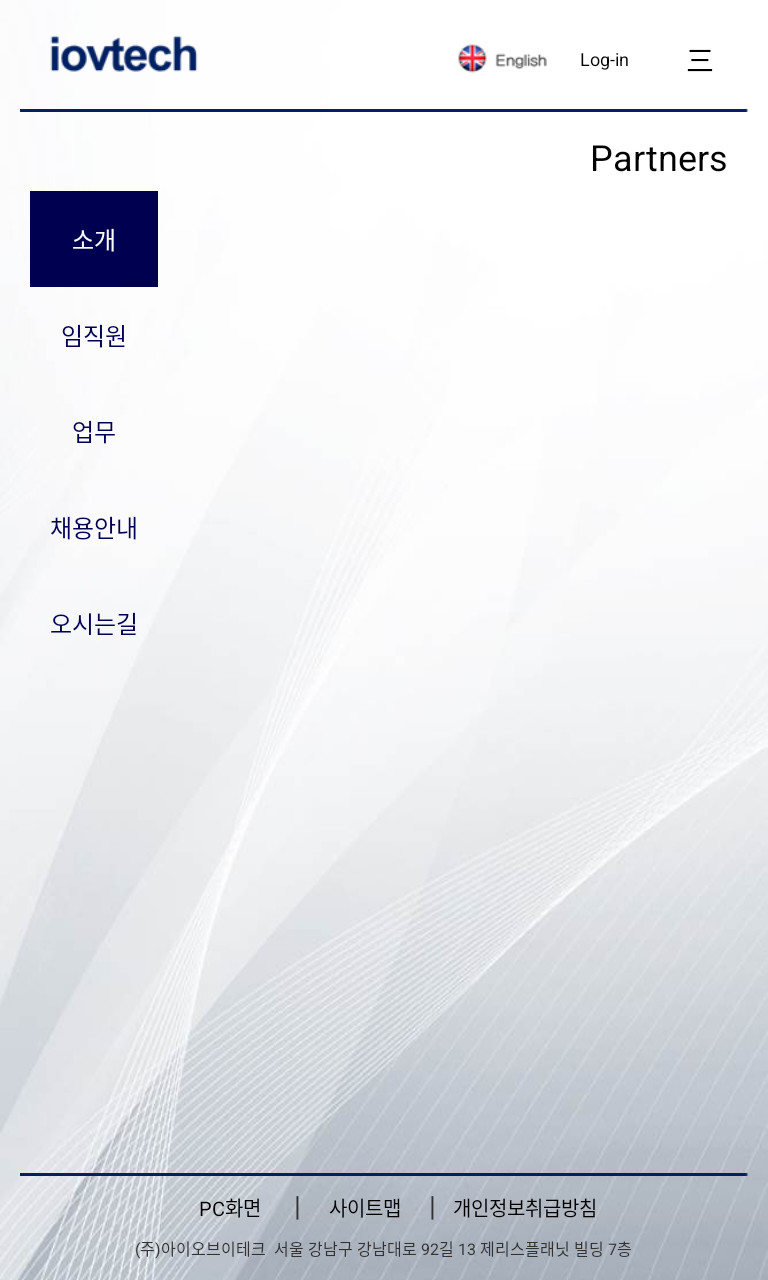
Repository: hyekkyung/CDH_Tutorials
Layout: Mobile_IOV/res/layout/m_partners.xml
These files come from the project's save history. The layout is drawn as it stood at one moment and after the next save; the edit follows.
It is drawn on a 768 x 1280 px phone screen (xhdpi) without system bars, with theme AppTheme; the app's code is not run.

Above is the layout before, as saved 2015-02-02 09:06:05.

### Mobile_IOV/res/layout/m_partners.xml
<?xml version="1.0" encoding="utf-8"?>
<RelativeLayout xmlns:android="http://schemas.android.com/apk/res/android"
    android:layout_width="match_parent"
    android:layout_height="match_parent"
    android:background="@drawable/bg_main"
    android:paddingBottom="10sp"
    android:paddingLeft="10sp"
    android:paddingRight="10sp"
    android:paddingTop="5sp" >

    <LinearLayout
        android:id="@+id/linearLayout1"
        android:layout_width="wrap_content"
        android:layout_height="wrap_content"
        android:layout_alignParentLeft="true"
        android:layout_alignParentRight="true"
        android:layout_alignParentTop="true" >

        <ImageButton
       		android:id="@+id/home_btn"
            style="?android:attr/buttonStyleSmall"
            android:layout_width="wrap_content"
            android:layout_height="wrap_content"
            android:background="#00000000"
            android:src="@drawable/logo_03" />

        <ImageButton
       		android:id="@+id/kor_btn"
            style="?android:attr/buttonStyleSmall"
            android:layout_width="wrap_content"
            android:layout_height="wrap_content"
            android:background="#00000000"
            android:layout_weight="0.5"
            android:layout_marginLeft="25sp"
            android:onClick="mOnclick" />

        <ImageView
       		android:id="@+id/lang_btn"
            android:layout_width="wrap_content"
            android:layout_height="wrap_content"
            android:background="@drawable/eng_btn"
            android:paddingLeft="3sp"
            android:onClick="mOnclick"
            android:layout_gravity="center" />

        <Button
       		android:id="@+id/join_btn"
            style="?android:attr/buttonStyleSmall"
            android:layout_width="wrap_content"
            android:layout_height="wrap_content"
            android:background="#00000000"
            android:text="Log-in"
            android:textSize="9sp"
            android:layout_gravity="center" />

        <Button
       		android:id="@+id/sub_btn"
            style="?android:attr/buttonStyleSmall"
            android:layout_width="wrap_content"
            android:layout_height="wrap_content"
            android:background="#00000000"
            android:text="三"
            android:layout_gravity="center" />

    </LinearLayout>

    <ImageView
        android:id="@+id/imageView1"
        android:layout_width="wrap_content"
        android:layout_height="wrap_content"
        android:layout_below="@+id/linearLayout1"
        android:layout_centerHorizontal="true"
        android:src="@drawable/sep_line" />

    <TextView
        android:id="@+id/textView1"
        android:layout_width="wrap_content"
        android:layout_height="wrap_content"
        android:layout_alignParentBottom="true"
        android:layout_centerHorizontal="true"
        android:paddingTop="5sp"
        android:text="(주)아이오브이테크  서울 강남구 강남대로 92길 13 제리스플래닛 빌딩 7층"
        android:textSize="8sp" />

    <LinearLayout
        android:id="@+id/linearLayout2"
        android:layout_width="wrap_content"
        android:layout_height="wrap_content"
        android:layout_above="@+id/textView1"
        android:layout_centerHorizontal="true" >

        <Button
            android:id="@+id/pc_btn"
            android:layout_width="wrap_content"
            android:layout_height="20sp"
            android:background="#00000000"
            android:text=" PC화면 "
            android:textSize="10sp" />

        <TextView
            android:layout_width="wrap_content"
            android:layout_height="wrap_content"
            android:text="|"
            android:textAppearance="?android:attr/textAppearanceSmall" />

        <Button
            android:id="@+id/sitemap_btn"
            android:layout_width="wrap_content"
            android:layout_height="20sp"
            android:background="#00000000"
            android:text=" 사이트맵 "
            android:textSize="10sp" />

        <TextView
            android:layout_width="wrap_content"
            android:layout_height="wrap_content"
            android:text="| "
            android:textAppearance="?android:attr/textAppearanceSmall" />

        <Button
            android:id="@+id/personal_btn"
            android:layout_width="wrap_content"
            android:layout_height="20sp"
            android:background="#00000000"
            android:text="  개인정보취급방침 "
            android:textSize="10sp" />
    </LinearLayout>

    <ImageView
        android:id="@+id/imageView3"
        android:layout_width="wrap_content"
        android:layout_height="wrap_content"
        android:layout_above="@+id/linearLayout2"
        android:layout_alignLeft="@+id/imageView1"
        android:paddingBottom="5sp"
        android:src="@drawable/sep_line" />

    <LinearLayout
        android:layout_width="wrap_content"
        android:layout_height="wrap_content"
        android:layout_above="@+id/imageView3"
        android:layout_alignParentLeft="true"
        android:layout_alignRight="@+id/imageView3"
        android:layout_below="@+id/imageView1"
        android:paddingBottom="10sp"
        android:paddingRight="10sp"
        android:paddingLeft="5sp"
        android:paddingTop="10sp"
        android:orientation="vertical" >

        <TextView
            android:id="@+id/textView2"
            android:layout_width="wrap_content"
            android:layout_height="wrap_content"
            android:paddingBottom="5sp"
            android:paddingLeft="5sp"
            android:text="Partners"
            android:textAppearance="?android:attr/textAppearanceMedium"
            android:layout_gravity="right" />

        <LinearLayout
            android:layout_width="match_parent"
            android:layout_height="match_parent" >

            <LinearLayout
                android:layout_width="wrap_content"
                android:layout_height="match_parent"
                android:orientation="vertical" >

                <Button
                    android:id="@+id/p_1"
                    android:layout_width="wrap_content"
                    android:layout_height="wrap_content"
                    android:text="소개"
                    android:textSize="12sp"
                    android:textColor="#FAFAFA"
                    android:background="#000051" />

                <Button
                    android:id="@+id/p_2"
                    android:layout_width="wrap_content"
                    android:layout_height="wrap_content"
                    android:background="#00000000"
                    android:text="임직원"
                    android:textColor="#000051"
                    android:textSize="12sp" />

                <Button
                    android:id="@+id/p_3"
                    android:layout_width="wrap_content"
                    android:layout_height="wrap_content"
                    android:background="#00000000"
                    android:text="업무"
                    android:textColor="#000051"
                    android:textSize="12sp" />

                <Button
                    android:id="@+id/p_4"
                    android:layout_width="wrap_content"
                    android:layout_height="wrap_content"
                    android:background="#00000000"
                    android:text="채용안내"
                    android:textColor="#000051"
                    android:textSize="12sp" />

                <Button
                    android:id="@+id/p_5"
                    android:layout_width="wrap_content"
                    android:layout_height="wrap_content"
                    android:background="#00000000"
                    android:text="오시는길"
                    android:textColor="#000051"
                    android:textSize="12sp" />

            </LinearLayout>

            <ScrollView
                android:id="@+id/scrollView1"
                android:layout_width="match_parent"
                android:layout_height="match_parent" >
            </ScrollView>

        </LinearLayout>

    </LinearLayout>

</RelativeLayout>

Loaded but not shown: Mobile_IOV/res/values/styles.xml (common file); Mobile_IOV/res/values-v11/styles.xml (common file); Mobile_IOV/res/values-v14/styles.xml (common file)

After the next save:
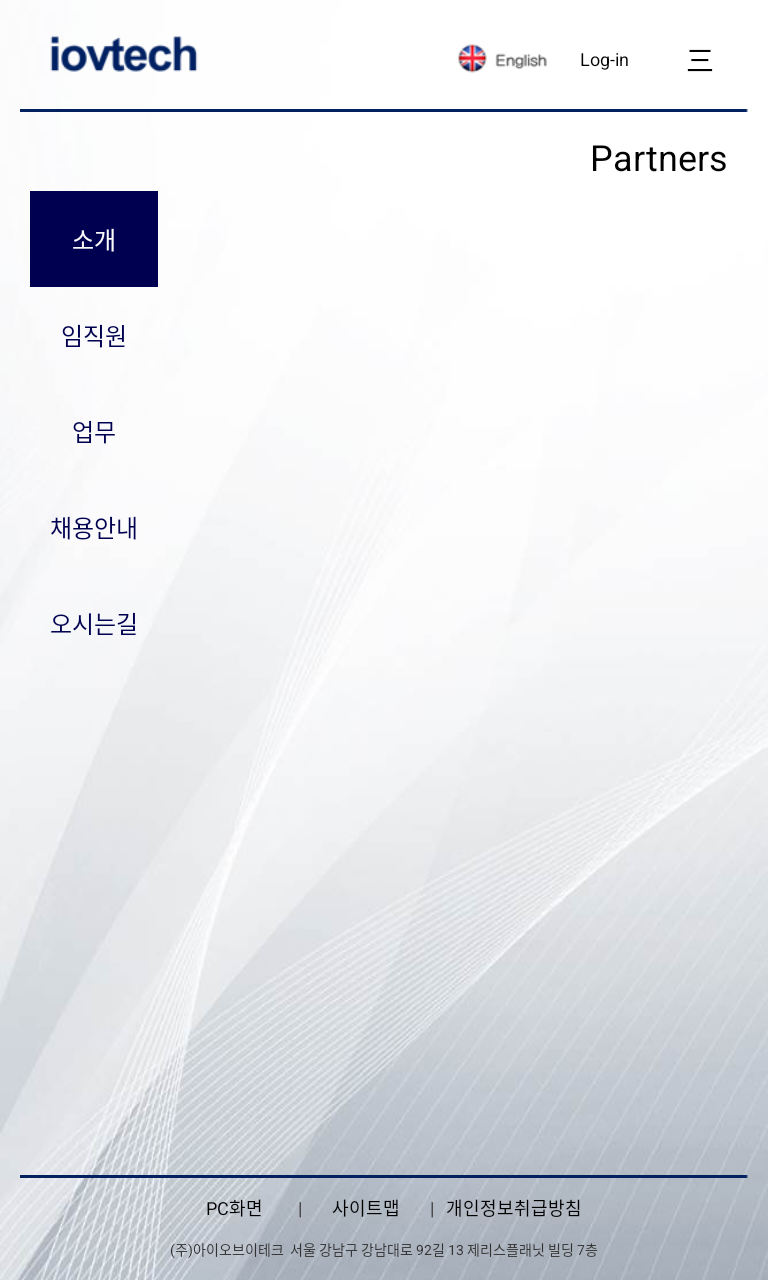
Saved 1 s later.
--- a/Mobile_IOV/res/layout/m_partners.xml
+++ b/Mobile_IOV/res/layout/m_partners.xml
@@ -80,7 +80,7 @@
         android:layout_centerHorizontal="true"
         android:paddingTop="5sp"
         android:text="(주)아이오브이테크  서울 강남구 강남대로 92길 13 제리스플래닛 빌딩 7층"
-        android:textSize="8sp" />
+        android:textSize="7sp" />
 
     <LinearLayout
         android:id="@+id/linearLayout2"
@@ -95,12 +95,13 @@
             android:layout_height="20sp"
             android:background="#00000000"
             android:text=" PC화면 "
-            android:textSize="10sp" />
+            android:textSize="9sp" />
 
         <TextView
             android:layout_width="wrap_content"
             android:layout_height="wrap_content"
             android:text="|"
+            android:textSize="9sp"
             android:textAppearance="?android:attr/textAppearanceSmall" />
 
         <Button
@@ -109,12 +110,13 @@
             android:layout_height="20sp"
             android:background="#00000000"
             android:text=" 사이트맵 "
-            android:textSize="10sp" />
+            android:textSize="9sp" />
 
         <TextView
             android:layout_width="wrap_content"
             android:layout_height="wrap_content"
             android:text="| "
+            android:textSize="9sp"
             android:textAppearance="?android:attr/textAppearanceSmall" />
 
         <Button
@@ -122,8 +124,8 @@
             android:layout_width="wrap_content"
             android:layout_height="20sp"
             android:background="#00000000"
-            android:text="  개인정보취급방침 "
-            android:textSize="10sp" />
+            android:text="  개인정보취급방침    "
+            android:textSize="9sp" />
     </LinearLayout>
 
     <ImageView
